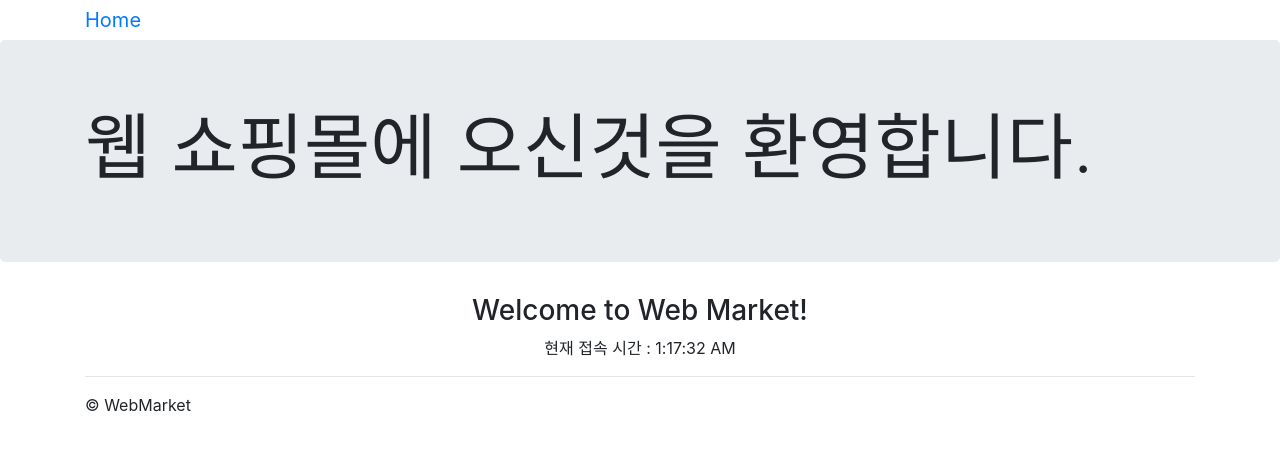
Repository: ckd0523/JSPWORK
Page: http://localhost/WebMarket/Welcome.jsp
These files come from the project's save history. The page is drawn as it stood at one moment and after the next save; the edit follows.
The browser window is 1280 px wide. The pictures show the whole page.
The page is served by Tomcat 9. Nobody is signed in. The application's start-up code is not run. Other server files are loaded and not shown.

Above is the page before, as saved 2024-02-19 08:05:05.

### WebMarket/src/main/webapp/Welcome.jsp
<%@ page language="java" contentType="text/html; charset=UTF-8"
    pageEncoding="UTF-8"%>
<%@ page import = "java.util.Date" %>
<!DOCTYPE html>
<html>
<head>
<meta charset="UTF-8">
<link rel="stylesheet" href="https://maxcdn.bootstrapcdn.com/bootstrap/4.0.0/css/bootstrap.min.css">
<title>Welcome</title>
</head>
<body>

	<%@ include file = "menu.jsp" %>

	<%! String greeting = "웹 쇼핑몰에 오신것을 환영합니다.";
		String tagline = "Welcome to Web Market!"; %>
	<div class = "jumbotron">
	<div class = "container">
	<h1 class = "display-3">
	<%= greeting %>
	</h1>
	</div>
	</div>
	<main role = "main">
	<div class = "container">
	<div class = "text-center">
	<h3><%= tagline %></h3>
	<%
	Date day = new java.util.Date();
	String am_pm;
	int hour = day.getHours();
	int minute = day.getMinutes();
	int second = day.getSeconds();
	if(hour/12 == 0){
		am_pm="AM";
	}else{
		am_pm="PM";
		hour = hour-12;
	}
	String CT = hour + ":" +minute+":"+second+" "+am_pm;
	out.println("현재 접속 시간 : "+CT+"\n");
	%>
	</div>
	<hr>
	</div>
	</main>

	<%@ include file = "footer.jsp" %>
</body>
</html>

### WebMarket/src/main/webapp/menu.jsp
<nav class"navbar navbar-expand navbar-dark bg-dark">
<div class = "container">
<div class = "navbar-header">
<a class = "navbar-brand" href="./welcome.jsp">Home</a>
</div>
</div>
</nav>

### WebMarket/src/main/webapp/footer.jsp
<footer class = "container">
	<p>&copy; WebMarket</p>
</footer>

After the next save:
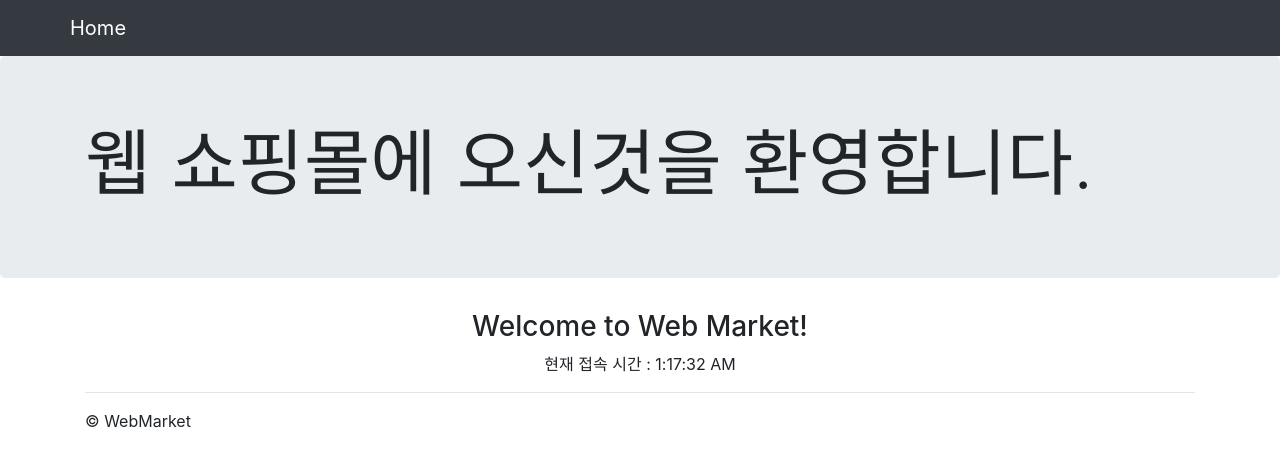
Saved 55 s later.
--- a/WebMarket/src/main/webapp/menu.jsp
+++ b/WebMarket/src/main/webapp/menu.jsp
@@ -1,4 +1,4 @@
-<nav class"navbar navbar-expand navbar-dark bg-dark">
+<nav class="navbar navbar-expand navbar-dark bg-dark">
 <div class = "container">
 <div class = "navbar-header">
 <a class = "navbar-brand" href="./welcome.jsp">Home</a>
